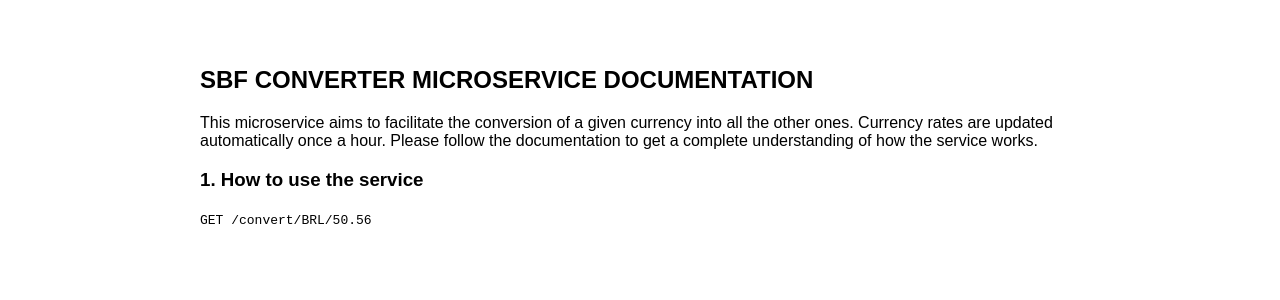
Repository: miguelamello/nestjs-restful-api
Page: documentation.html
These files come from the project's save history. The page is drawn as it stood at one moment and after a run of saves; the edit follows.
The browser window is 1280 px wide. The pictures show the whole page.

Above is the page before, as saved 2023-03-21 22:06:15.

After the next 3 saves:
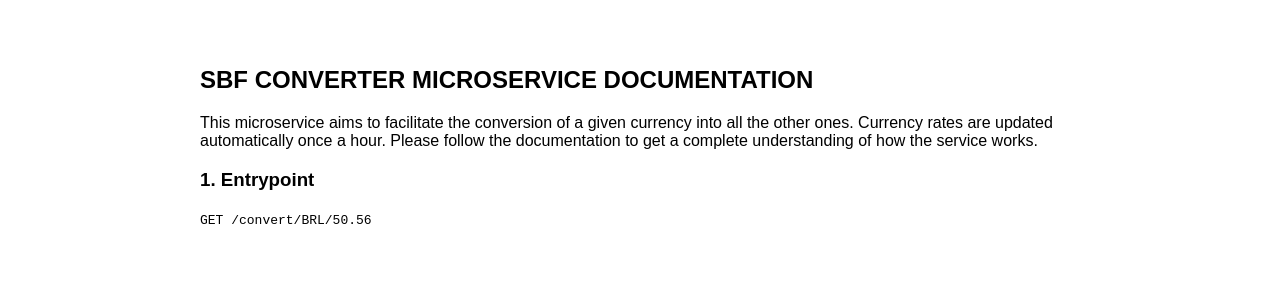
The 3 saves are shown as one change because they came seconds apart.
The last was saved 62 s later.
--- a/documentation.html
+++ b/documentation.html
@@ -20,7 +20,7 @@
     Please follow the documentation to get a complete understanding of how the service works.
   </p>
 
-  <h3>1. How to use the service</h3>
+  <h3>1. Entrypoint</h3>
   <code>GET /convert/BRL/50.56</code>
   <p></p>
 
